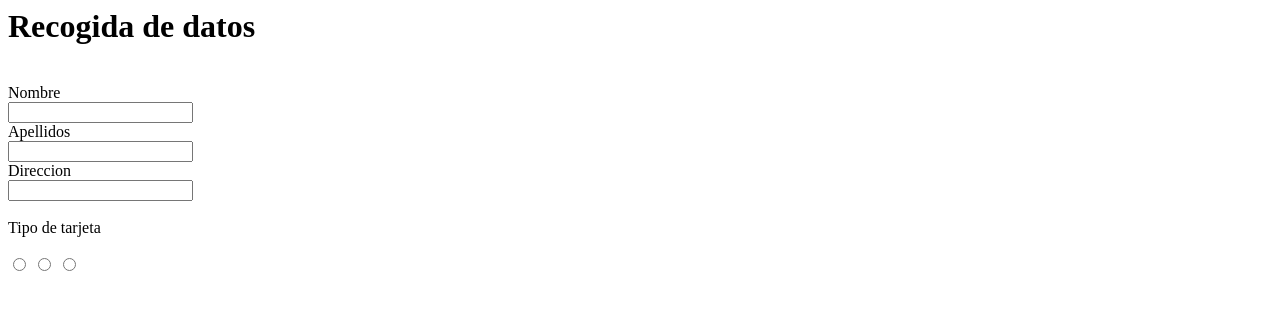
Repository: juvaga2000/eclipsetemp
Page: EjerciciosT1/src/main/webapp/ejer3.html
An editor plug-in stored every save of this project. The page is shown before and after the next save, followed by the edit.
The browser window is 1280 px wide. The pictures show the whole page.

Above is the page before, as saved 2022-10-03 11:55:51.

After the next save:
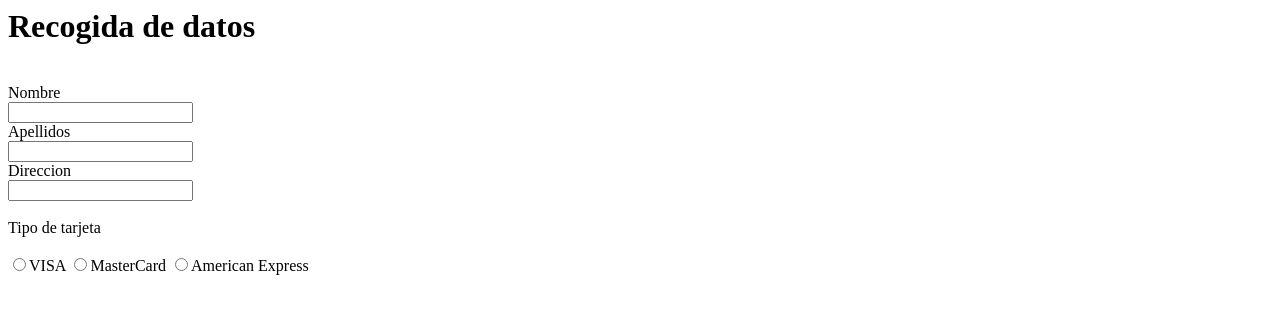
Saved 16 s later.
--- a/EjerciciosT1/src/main/webapp/ejer3.html
+++ b/EjerciciosT1/src/main/webapp/ejer3.html
@@ -15,9 +15,9 @@
 		<input type="text" name="direccion" value="">
 		<br><br>
 		Tipo de tarjeta<br><br>
-		<input type="radio" name="tarjeta" value="VISA">
-		<input type="radio" name="tarjeta" value="MasterCard">
-		<input type="radio" name="tarjeta" value="American Express">
+		<input type="radio" name="tarjeta" value="VISA">VISA
+		<input type="radio" name="tarjeta" value="MasterCard">MasterCard
+		<input type="radio" name="tarjeta" value="American Express">American Express
 	</form>
 </body>
 </html>
